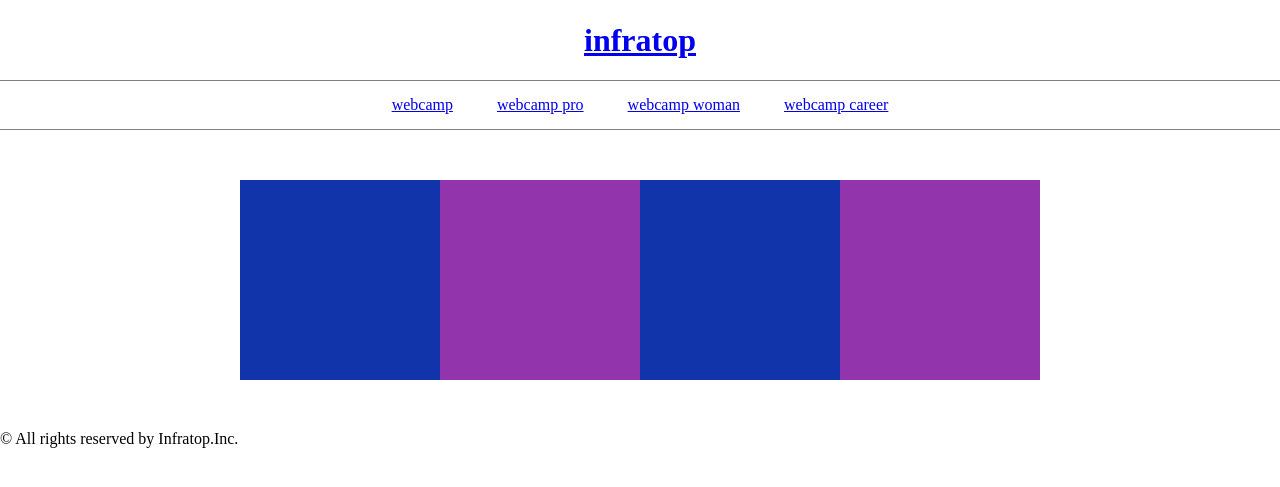
Repository: t-sato-infratop/environment
Page: chapter5_exercise/chapter5_exercise.html
The author's editor kept a record of every edit. The page is drawn from the files as they stood at one moment, then again after the next edit.
The browser window is 1280 px wide. The pictures show the whole page.

Above is the page before.

### chapter5_exercise/chapter5_exercise.html
<!DOCTYPE html>
<html lang="ja">
  <head>
    <meta charset="UTF-8" />
    <link rel="stylesheet" href="chapter5_exercise.css" />
    <title>CARAVAN</title>
  </head>

<body>
  <header>
    <h1 class="header">
      <a href="chapter5_exercise.html">
        infratop
      </a>
    </h1>
  </header>

  <nav>
    <ul class="nav-list">
      <li class="nav-list-item">
        <a href="chapter5_exercise">webcamp</a>
      </li>
      <li class="nav-list-item">
        <a href="chapter5_exercise">webcamp pro</a>
      </li>
      <li class="nav-list-item">
        <a href="chapter5_exercise">webcamp woman</a>
      </li>
      <li class="nav-list-item">
        <a href="chapter5_exercise">webcamp career</a>
      </li>
    </ul>
  </nav>

  <div class="main">
    <div class="box1"></div>
    <div class="box2"></div>
    <div class="box3"></div>
    <div class="box4"></div>
    <div class="box5"></div>
    <div class="box6"></div>
    <div class="box7"></div>
    <div class="box8"></div>
    <div class="box9"></div>
    <div class="box10"></div>
    <div class="box11"></div>
    <div class="box12"></div>
  </div>

  <footer>
    <p class="footer-text">© All rights reserved by Infratop.Inc.</p>
  </footer>

</body>

### chapter5_exercise/chapter5_exercise.css
* {
  margin: 0;
  padding: 0;
  box-sizing: border-box;
}


header {
  padding: 20px 0;
  line-height: 40px;
  text-align: center;
}

.nav-list {
  text-align: center;
  padding: 15px 0;
  margin: 0 auto;
  border-top: solid 1px gray;
  border-bottom: solid 1px gray;
}

.nav-list-item {
  list-style: none;
  display: inline-block;
  margin: 0 20px;
}

.main {
  margin: 50px auto;
  width: 800px;
  display: flex;
  flex-warp: warp;
}

.box1 {
  width: 200px;
  height: 200px;
  background-color: #1234ab
}

.box2 {
  width: 200px;
  height: 200px;
  background-color: #9234ab
}

.box3 {
  width: 200px;
  height: 200px;
  background-color: #1234ab
}

.box4 {
  width: 200px;
  height: 200px;
  background-color: #9234ab
}

After the next edit:
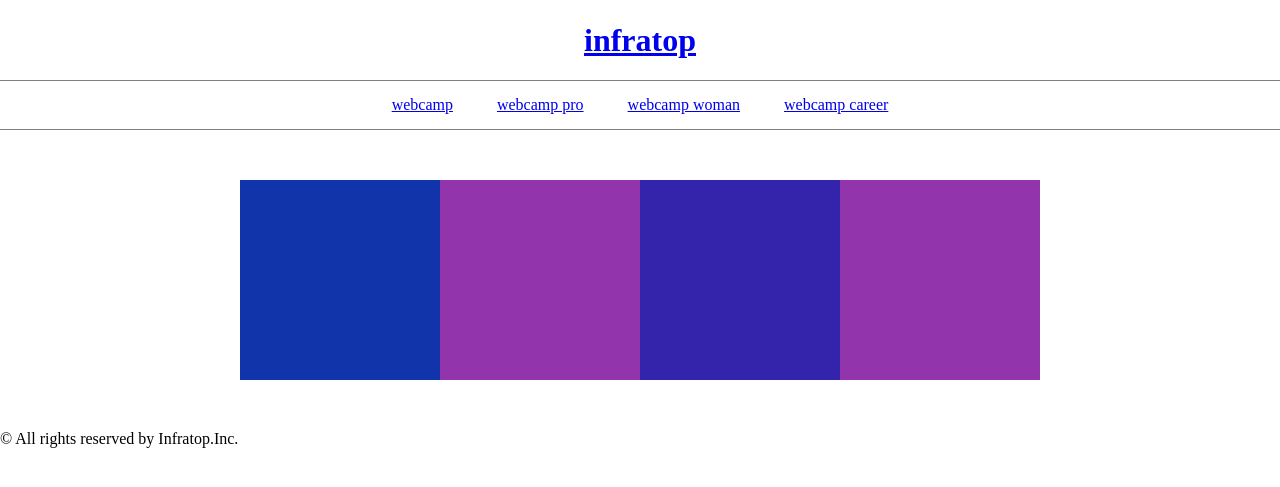
The edit:
--- a/chapter5_exercise/chapter5_exercise.css
+++ b/chapter5_exercise/chapter5_exercise.css
@@ -47,7 +47,7 @@
 .box3 {
   width: 200px;
   height: 200px;
-  background-color: #1234ab
+  background-color: #3324ab
 }
 
 .box4 {
